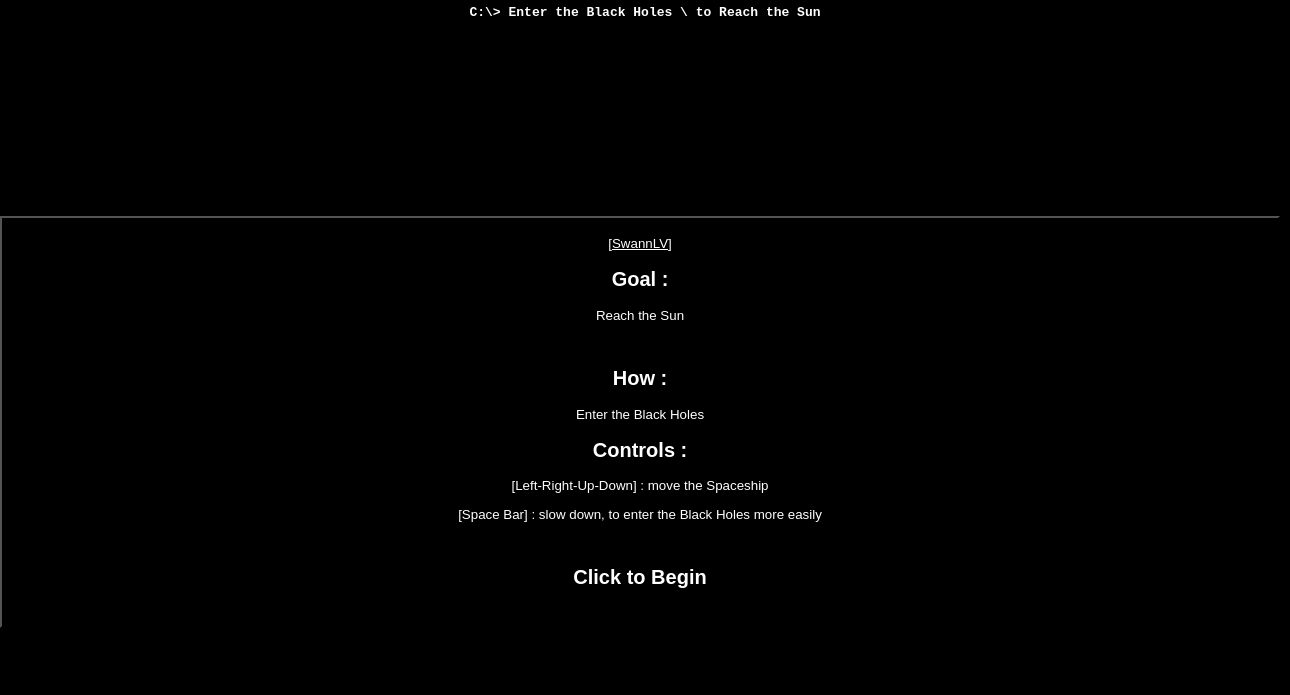
Repository: SwannLV/reach-the-sun
Page: Index.html
The author's editor kept a record of every edit. The page is drawn from the files as they stood at one moment, then again after the next edit.
The browser window is 1280 px wide. The page is 1290 px wide, so the pictures cover 1290 px, including what lies to the right of the window. The pictures show the whole page.
Some web libraries are served in a nearby version.

Above is the page before.
Console error: ReferenceError: THREE is not defined

### Index.html
<!DOCTYPE html>
<html lang="en">

    <head>
        <title>SwannLV</title>
        <meta charset="utf-8">
        <meta name="viewport" content="width=device-width, user-scalable=no, minimum-scale=1.0, maximum-scale=1.0">
        <style>
            body {
                color: #ffffff;
                font-family:Monospace;
                font-size:13px;
                text-align:center;
                font-weight: bold;
                background-color: #000000;
                margin: 0px;
                overflow: hidden;
            }
            #info {
                position: absolute;
                top: 0px;
                width: 100%;
                padding: 5px;
            }
            #start {
                position: absolute;
                top: 30%;
                left: 0%;
                width: 100%;
                padding: 5px;
            }
            #end {
                position: absolute;
                top: 50%;
                left: 0%;
                width: 100%;
                height: 20%;
                padding: 5px;
                display: none;
            }
            #infoMusic {
                position: absolute;
                bottom: 0px;
                right: 5px;
                padding: 5px;
            }
            #ongoing
            {
                position: absolute;
                top: 0px;
                right: 5px;
                padding: 5px;
                color: #ff0000;
            }
            a {
                color: #ffffff;
            }
        </style>
        <script type="text/javascript">
          var _gaq = _gaq || [];
          _gaq.push(['_setAccount', 'UA-36066678-1']);
          _gaq.push(['_trackPageview']);
          (function() {
            var ga = document.createElement('script'); ga.type = 'text/javascript'; ga.async = true;
            ga.src = ('https:' == document.location.protocol ? 'https://ssl' : 'http://www') + '.google-analytics.com/ga.js';
            var s = document.getElementsByTagName('script')[0]; s.parentNode.insertBefore(ga, s);
          })();
        </script>
        <script src="//ajax.googleapis.com/ajax/libs/jquery/1.8.3/jquery.min.js"></script>
    </head>

    <body>
        <div id="container"></div>
        <div id="info">
            C:\> Enter the Black Holes \ to Reach the Sun
        </div>

        <button id="start" style="background-color:black; color:white;">
            <p>[<a href="http://ca.linkedin.com/in/swannlv" target="_blank">SwannLV</a>]</p>
            <h2>Goal :</h2>
            <p>Reach the Sun</p><br/>
            <h2>How :</h2>
            <p>Enter the Black Holes</p>
            <h2>Controls :</h2>
            <p>[Left-Right-Up-Down] : move the Spaceship
            <p>[Space Bar] : slow down, to enter the Black Holes more easily</p>
            <br/>
            <h2>Click to Begin</h2>
            <br/>
        </button>
        <button id="end" style="background-color:black; color:white;">C:\> GAME OVER</button>

        <!--<div id="ongoing">-->
        <!--    <h3>Ongoing project</h3>-->
        <!--</div>-->
        <!--<div id="infoMusic">-->
        <!--    Music | Boris Banzo-->
        <!--</div>-->


        <script src="libs/three.min.js"></script>
        <script src='libs/THREEx.KeyboardState.js'></script>
        <script src="libs/shaders/ConvolutionShader.js"></script>
        <script src="libs/shaders/CopyShader.js"></script>
        <script src="libs/shaders/FilmShader.js"></script>
        <script src="libs/postprocessing/EffectComposer.js"></script>
        <script src="libs/postprocessing/ShaderPass.js"></script>
        <script src="libs/postprocessing/MaskPass.js"></script>
        <script src="libs/postprocessing/RenderPass.js"></script>
        <script src="libs/postprocessing/BloomPass.js"></script>
        <script src="libs/postprocessing/FilmPass.js"></script>
        <script src="libs/ImprovedNoise.js"></script>
        <script src="libs/Visualiser.js"></script>
        <script src="libs/Detector.js"></script>
        <script src="libs/stats.min.js"></script>
        <script src="libs/buffer-loader.js"></script>

        <script id="sunFragmentShader" type="x-shader/x-fragment">
            uniform float time;
            uniform vec2 resolution;
            uniform float fogDensity;
            uniform vec3 fogColor;
            uniform sampler2D texture1;
            uniform sampler2D texture2;
            varying vec2 vUv;

            void main(void) {
                vec2 position = -1.0 + 2.0 * vUv;
                vec4 noise = texture2D(texture1, vUv);
                vec2 T1 = vUv + vec2(1.5, - 1.5) * time * 0.02;
                vec2 T2 = vUv + vec2(-0.5, 2.0) * time * 0.01;

                T1.x += noise.x * 2.0;
                T1.y += noise.y * 2.0;
                T2.x -= noise.y * 0.2;
                T2.y += noise.z * 0.2;
                float p = texture2D(texture1, T1 * 2.0).a;
                vec4 color = texture2D(texture2, T2 * 2.0);
                vec4 temp = color * (vec4(p, p, p, p) * 2.0) + (color * color - 0.1);
                if (temp.r > 1.0) {
                    temp.bg += clamp(temp.r - 2.0, 0.0, 100.0);
                }
                if (temp.g > 1.0) {
                    temp.rb += temp.g - 1.0;
                }
                if (temp.b > 1.0) {
                    temp.rg += temp.b - 1.0;
                }
                gl_FragColor = temp;
                float depth = gl_FragCoord.z / gl_FragCoord.w;
                const float LOG2 = 1.442695;
                float fogFactor = exp2(-fogDensity * fogDensity * depth * depth * LOG2);
                fogFactor = 0.001; //1.0 - clamp( fogFactor, 0.0, 1.0 );
                gl_FragColor = mix(gl_FragColor, vec4(fogColor, gl_FragColor.w), fogFactor);
            }
        </script>

        <script id="sunVertexShader" type="x-shader/x-vertex">
            uniform vec2 uvScale;
            varying vec2 vUv;

            void main() {
                vUv = uvScale * uv;
                vec4 mvPosition = modelViewMatrix * vec4(position, 1.0);
                gl_Position = projectionMatrix * mvPosition;
            }
        </script>

        <script src="Game.js"></script>
    </body>

</html>

### libs/postprocessing/EffectComposer.js
/**
 * @author alteredq / http://alteredqualia.com/
 */

THREE.EffectComposer = function ( renderer, renderTarget ) {

    this.renderer = renderer;

	this.renderTarget1 = renderTarget;

	if ( this.renderTarget1 === undefined ) {

		var width = window.innerWidth || 1;
		var height = window.innerHeight || 1;

		this.renderTargetParameters = { minFilter: THREE.LinearFilter, magFilter: THREE.LinearFilter, format: THREE.RGBFormat, stencilBuffer: false };
		this.renderTarget1 = new THREE.WebGLRenderTarget( width, height, this.renderTargetParameters );

	}

	this.renderTarget2 = this.renderTarget1.clone();

	this.writeBuffer = this.renderTarget1;
	this.readBuffer = this.renderTarget2;

	this.passes = [];

	if ( THREE.CopyShader === undefined )
		console.error( "THREE.EffectComposer relies on THREE.CopyShader" );

	this.copyPass = new THREE.ShaderPass( THREE.CopyShader );

};

THREE.EffectComposer.prototype = {

	swapBuffers: function() {

		var tmp = this.readBuffer;
		this.readBuffer = this.writeBuffer;
		this.writeBuffer = tmp;

	},

	addPass: function ( pass ) {

		this.passes.push( pass );

	},

	render: function ( delta ) {

		this.writeBuffer = this.renderTarget1;
		this.readBuffer = this.renderTarget2;

		var maskActive = false;

		var pass, i, il = this.passes.length;

		for ( i = 0; i < il; i ++ ) {

			pass = this.passes[ i ];

			if ( !pass.enabled ) continue;

			pass.render( this.renderer, this.writeBuffer, this.readBuffer, delta, maskActive );

			if ( pass.needsSwap ) {

				if ( maskActive ) {

					var context = this.renderer.context;

					context.stencilFunc( context.NOTEQUAL, 1, 0xffffffff );

					this.copyPass.render( this.renderer, this.writeBuffer, this.readBuffer, delta );

					context.stencilFunc( context.EQUAL, 1, 0xffffffff );

				}

				this.swapBuffers();

			}

			if ( pass instanceof THREE.MaskPass ) {

				maskActive = true;

			} else if ( pass instanceof THREE.ClearMaskPass ) {

				maskActive = false;

			}

		}

	},

	reset: function ( renderTarget ) {

		this.renderTarget1 = renderTarget;

		if ( this.renderTarget1 === undefined ) {

			this.renderTarget1 = new THREE.WebGLRenderTarget( window.innerWidth, window.innerHeight, this.renderTargetParameters );

		}

		this.renderTarget2 = this.renderTarget1.clone();

		this.writeBuffer = this.renderTarget1;
		this.readBuffer = this.renderTarget2;

	}

};

// shared ortho camera

THREE.EffectComposer.camera = new THREE.OrthographicCamera( -1, 1, 1, -1, 0, 1 );

THREE.EffectComposer.quad = new THREE.Mesh( new THREE.PlaneGeometry( 2, 2 ), null );

THREE.EffectComposer.scene = new THREE.Scene();
THREE.EffectComposer.scene.add( THREE.EffectComposer.quad );

Loaded but not shown: libs/THREEx.KeyboardState.js (library); Game.js (686 lines, source omitted); libs/three.min.js (empty); libs/shaders/ConvolutionShader.js (empty); libs/shaders/CopyShader.js (empty); libs/shaders/FilmShader.js (empty); libs/postprocessing/ShaderPass.js (empty); libs/postprocessing/MaskPass.js (empty); libs/postprocessing/RenderPass.js (empty); libs/postprocessing/BloomPass.js (empty); libs/postprocessing/FilmPass.js (empty); libs/ImprovedNoise.js (empty); libs/Visualiser.js (empty); libs/Detector.js (empty); libs/stats.min.js (empty); libs/buffer-loader.js (empty)

After the next edit:
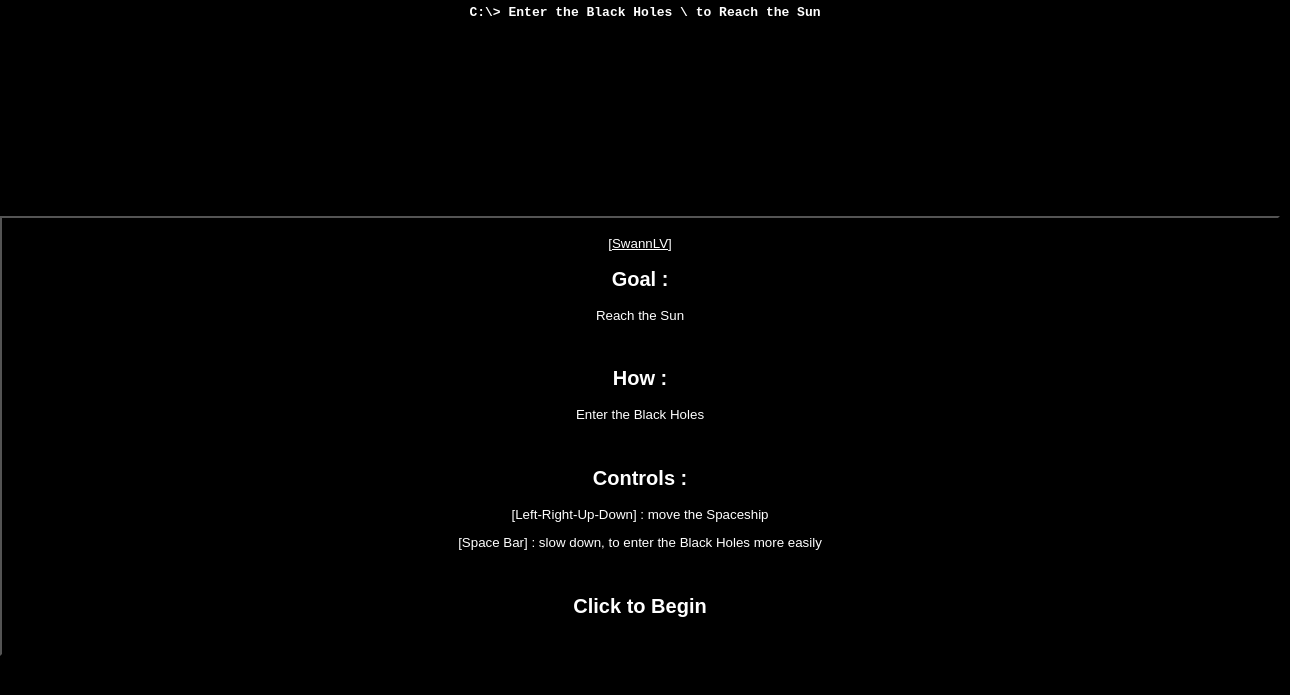
The edit:
--- a/Index.html
+++ b/Index.html
@@ -80,7 +80,7 @@
             <h2>Goal :</h2>
             <p>Reach the Sun</p><br/>
             <h2>How :</h2>
-            <p>Enter the Black Holes</p>
+            <p>Enter the Black Holes</p><br/>
             <h2>Controls :</h2>
             <p>[Left-Right-Up-Down] : move the Spaceship
             <p>[Space Bar] : slow down, to enter the Black Holes more easily</p>
